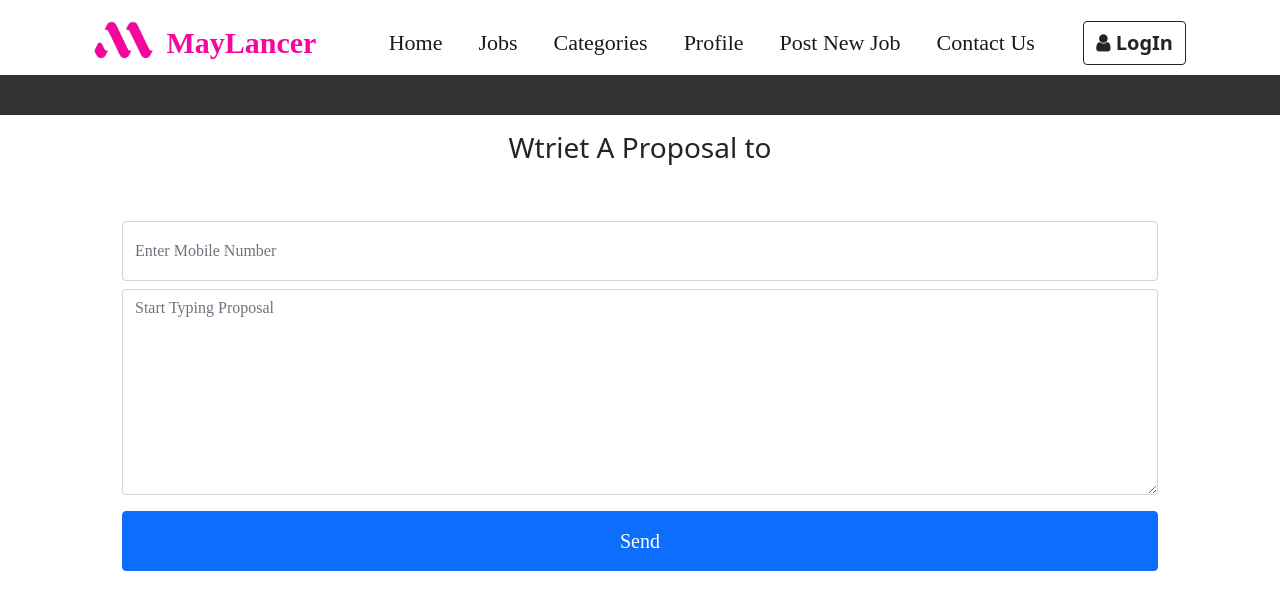
Repository: prathmesh2023/maylancers
Page: templates/apply.html
An editor plug-in stored every save of this project. The page is shown before and after the next save, followed by the edit.
The browser window is 1280 px wide. The pictures show the whole page.
Some web fonts or font styles are not loaded; a fallback is used. Some web libraries are served in a nearby version. The page is served by the project's application, run on Django 3.2 (manage.py). The template is opened directly, without the code that normally fills it, so the values that code supplies are empty.

Above is the page before, as saved 2022-01-28 21:53:41.

After the next save:
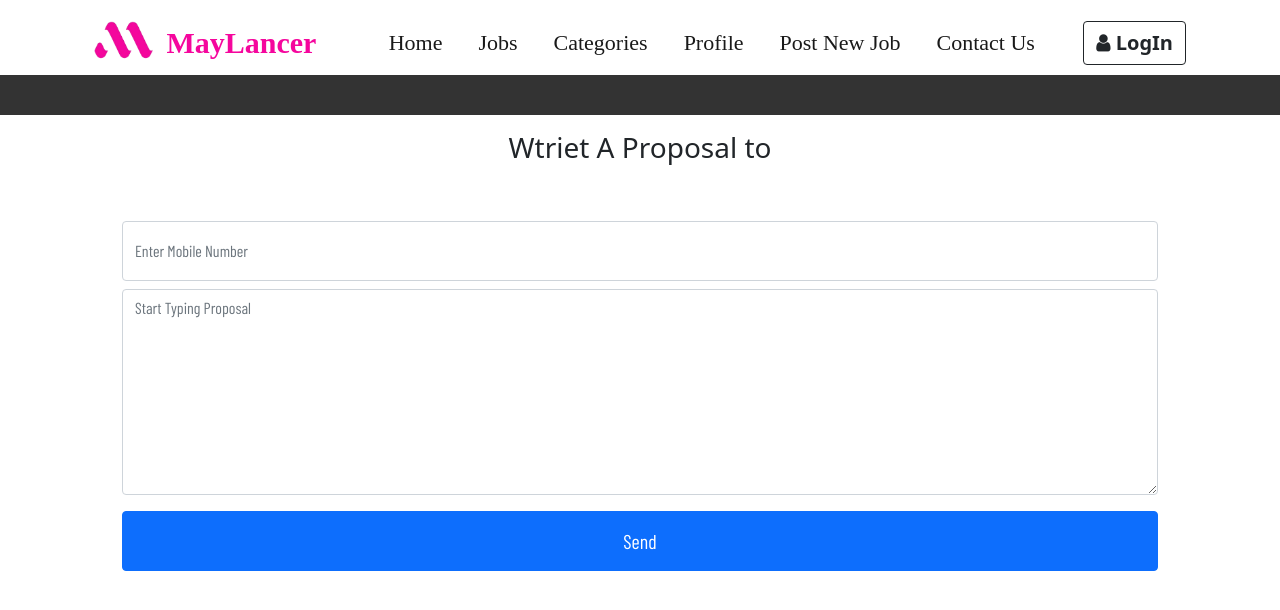
Saved 80 s later.
--- a/templates/apply.html
+++ b/templates/apply.html
@@ -30,7 +30,7 @@
     form {
         background-color: white;
         padding: 40px;
-        font-family: cursive;
+        font-family: Barlow Condensed;
         border-radius: 15px;
     }
 
